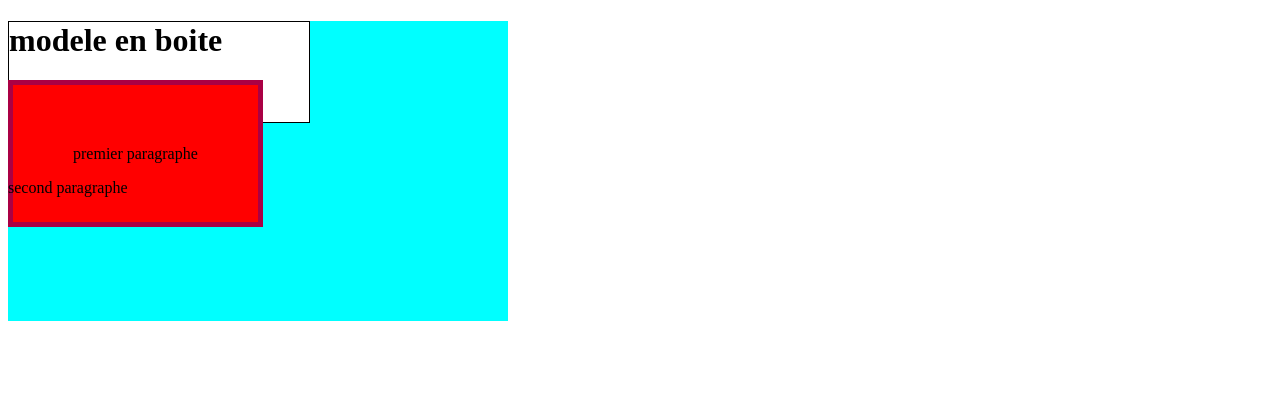
Repository: Poulpyto/fitec
Page: workspaceHtmlFlo/PremierTp_htmlCss/WebContent/erreur_model_en_boite.html
These files come from the project's save history. The page is drawn as it stood at one moment and after the next save; the edit follows.
The browser window is 1280 px wide. The pictures show the whole page.

Above is the page before, as saved 2017-04-04 08:58:58.

After the next save:
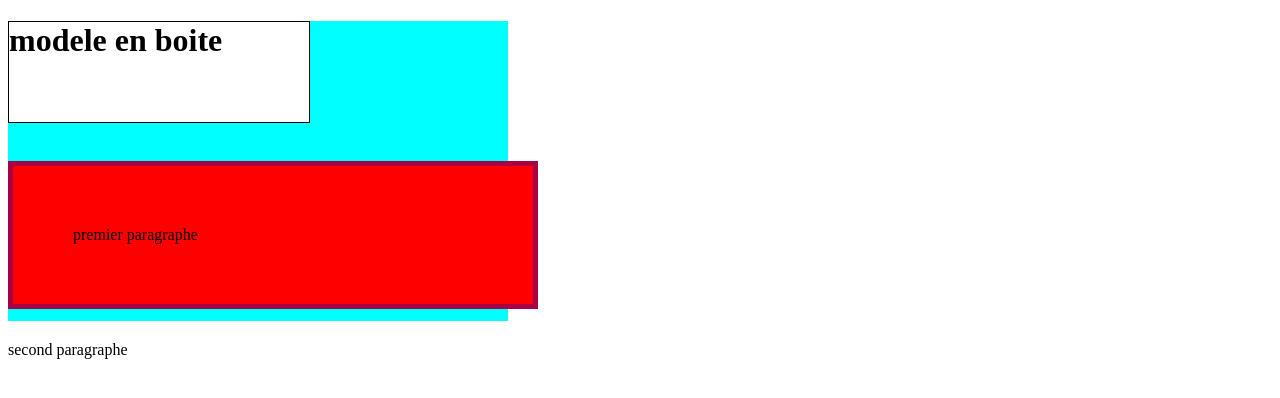
Saved 14 s later.
--- a/workspaceHtmlFlo/PremierTp_htmlCss/WebContent/css/style6.css
+++ b/workspaceHtmlFlo/PremierTp_htmlCss/WebContent/css/style6.css
@@ -20,5 +20,5 @@ h1{
 	background-color: red;
 	padding: 60px;
 	border: 5px solid #A04;
-	display: inline
+	display: inline-block
 }
